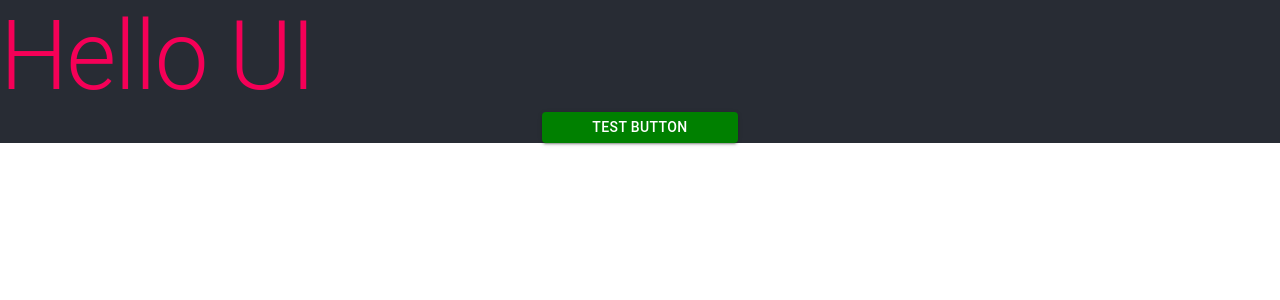
Repository: ShunsukeTanizaki/COVID19-Live
Page: /
These files come from the project's save history. The page is drawn as it stood at one moment and after the next save; the edit follows.
The browser window is 1280 px wide. The pictures show the whole page.
The project was rebuilt for these pictures with package versions that can differ from the ones it lists, and the page was loaded fresh each time.

Above is the page before, as saved 2020-11-07 23:21:04.

### src/App.tsx
import React from "react";
// import logo from "./logo.svg";
import "./App.css";
import LinePlot from "./components/LinePlot";
import PiePlot from "./components/PiePlot";
import BarPlot from "./components/BarPlot";
import RaderPlot from "./components/RaderPlot";
import BubblePlot from "./components/BubblePlot";
import MaterialUI from "./components/MaterialUI ";

function App() {
    return (
        <div className="App">
            {/* <LinePlot />
            <PiePlot />
            <BarPlot />
            <RaderPlot />
            <BubblePlot /> */}

            <MaterialUI />
        </div>
    );
}

export default App;

### src/App.css
.App {
    background-color: #282c34;
    text-align: center;
}

.App-logo {
    height: 40vmin;
    pointer-events: none;
}

@media (prefers-reduced-motion: no-preference) {
    .App-logo {
        animation: App-logo-spin infinite 20s linear;
    }
}

.App-header {
    background-color: #282c34;
    min-height: 100vh;
    display: flex;
    flex-direction: column;
    align-items: center;
    justify-content: center;
    font-size: calc(10px + 2vmin);
    color: white;
}

.App-link {
    color: #61dafb;
}

@keyframes App-logo-spin {
    from {
        transform: rotate(0deg);
    }
    to {
        transform: rotate(360deg);
    }
}

### src/components/MaterialUI .tsx
import React from "react";
import { Button, makeStyles, Typography } from "@material-ui/core";

const useStyles = makeStyles({
    btnStyle: {
        background: "green",
        padding: "3px 50px"
    }
});

const MaterialUI: React.FC = () => {
    const classes = useStyles();
    return (
        <div>
            <Typography color="secondary" variant="h1" align="justify">
                Hello UI
            </Typography>
            <Button
                className={classes.btnStyle}
                variant="contained"
                color="primary"
            >
                test Button
            </Button>
        </div>
    );
};

export default MaterialUI;

Loaded but not shown: public/index.html (common file); src/index.tsx (common file); src/index.css (common file); src/reportWebVitals.ts (common file)

After the next save:
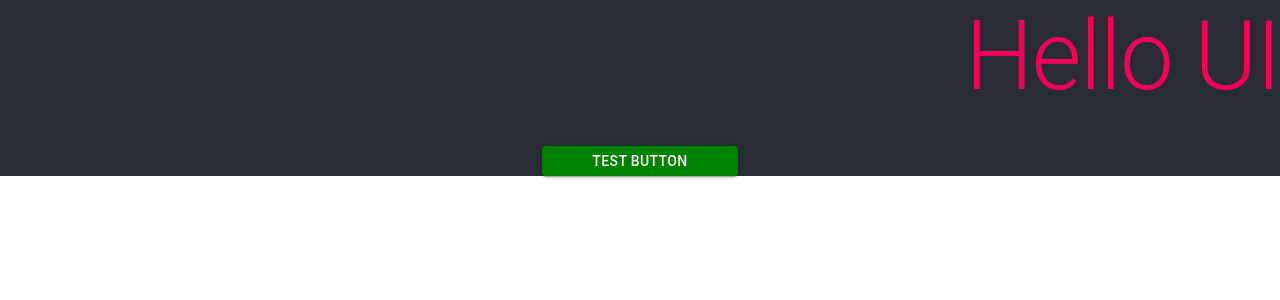
Saved 27 s later.
--- a/src/components/MaterialUI .tsx
+++ b/src/components/MaterialUI .tsx
@@ -12,7 +12,12 @@ const MaterialUI: React.FC = () => {
     const classes = useStyles();
     return (
         <div>
-            <Typography color="secondary" variant="h1" align="justify">
+            <Typography
+                color="secondary"
+                variant="h1"
+                align="right"
+                gutterBottom
+            >
                 Hello UI
             </Typography>
             <Button
